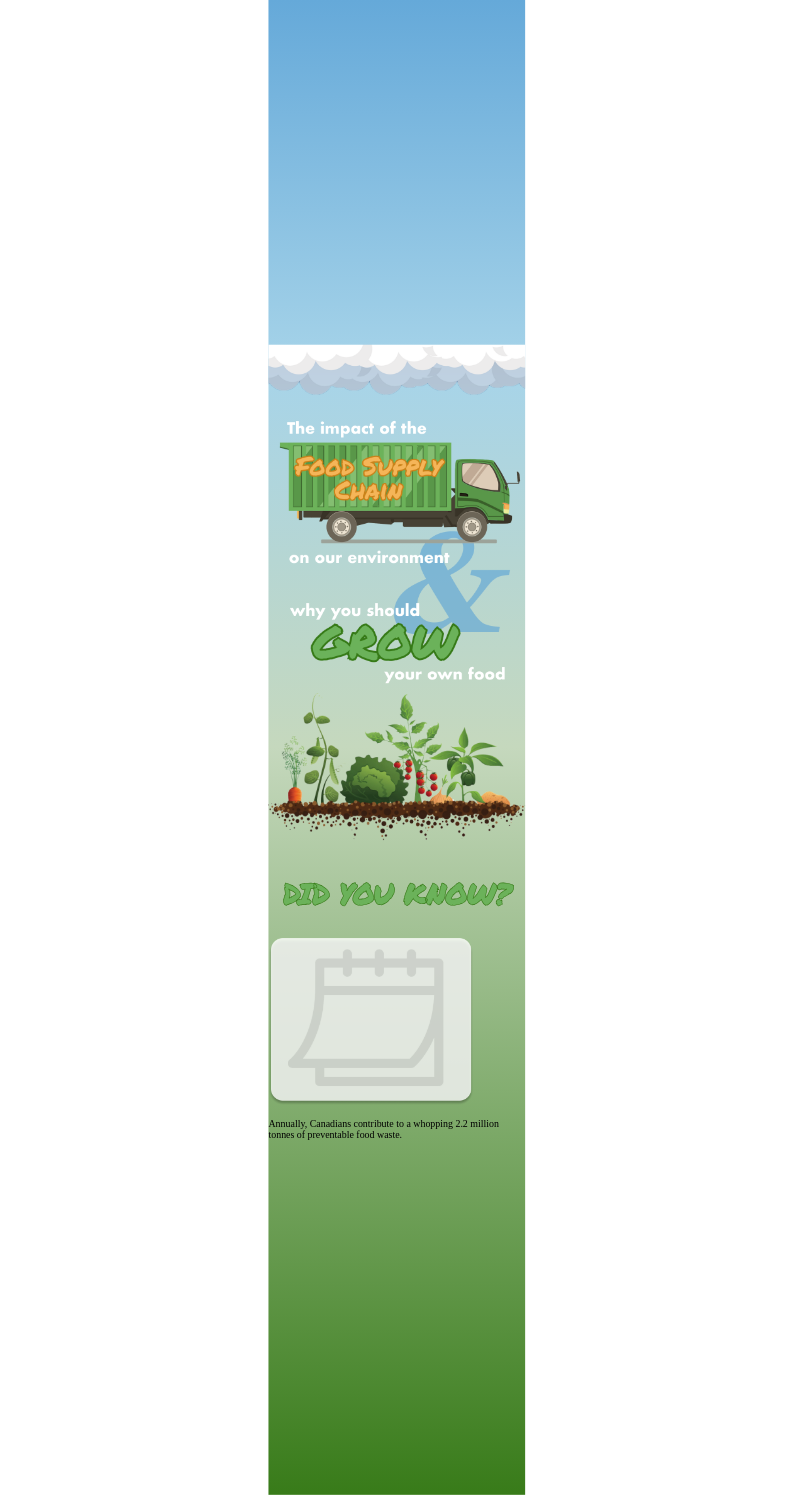
Repository: zoelake/DCDmidterm
Page: page1/index.html
These files come from the project's save history. The page is drawn as it stood at one moment and after the next save; the edit follows.
The browser window is 1280 px wide. The pictures show the whole page, at 62% of full size.

Above is the page before, as saved 2021-03-05 17:17:05.

After the next save:
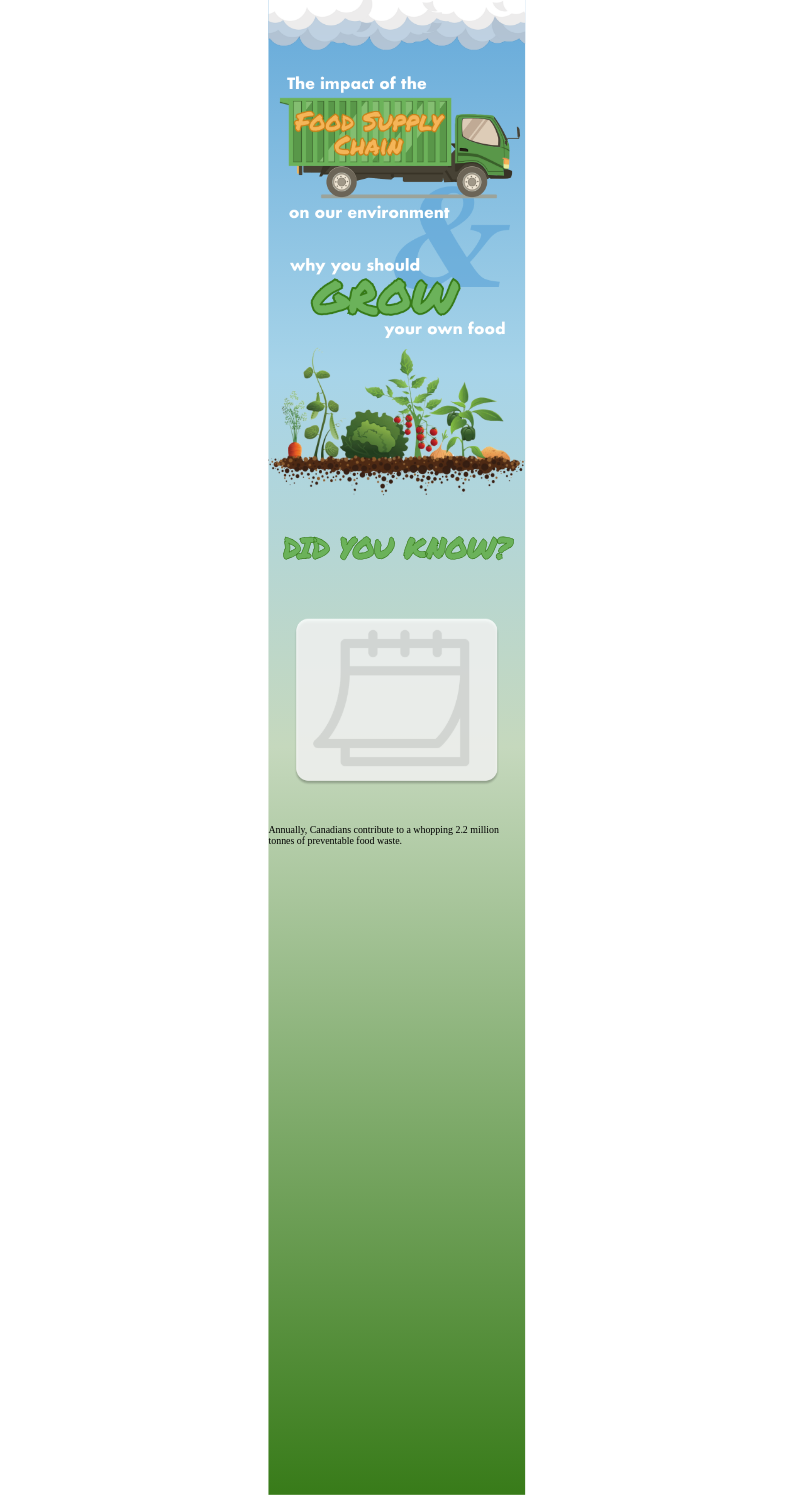
Saved 18 s later.
--- a/page1/style.css
+++ b/page1/style.css
@@ -11,10 +11,6 @@ body {
 
 #main{
   position: relative;
-  display: inline;
-
-  justify-content: center;
-  align-content: center;
   width: 414px;
   height: 2411px;
   align-self: center;
@@ -36,6 +32,6 @@ h2{
 
 #calendar{
     width: 80%;
-
+    padding: 10%;
 
 }
